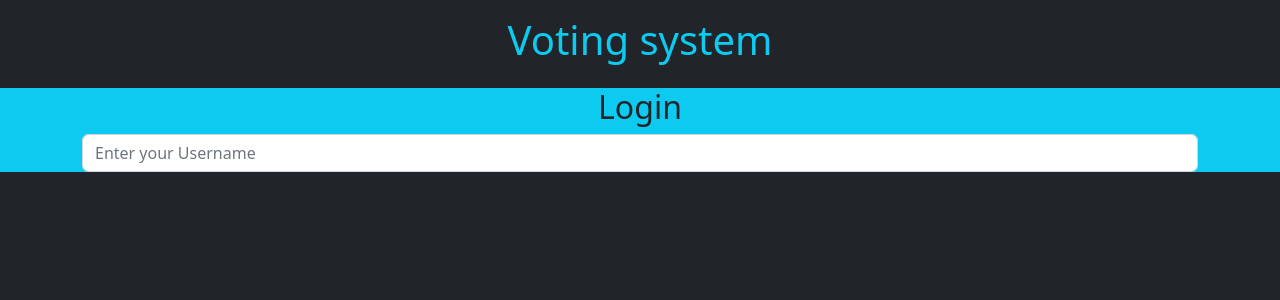
Repository: AvinashLikesToLearnNewStuff/VotingSite
Page: http://localhost/
An editor plug-in stored every save of this project. The page is shown before and after the next save, followed by the edit.
The browser window is 1280 px wide. The pictures show the whole page.
The page is run by PHP 8.4 with error messages shown; the project is at /var/www/html/.

Above is the page before, as saved 2023-03-09 09:51:04.

After the next save:
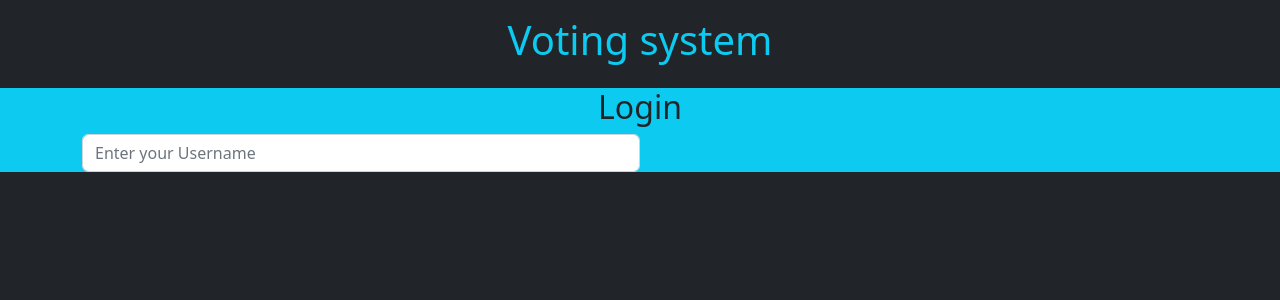
Saved 16 s later.
--- a/index.php
+++ b/index.php
@@ -15,7 +15,7 @@
         <div class="container">
             <form action="">
                 <div class="mb3">
-                    <input type="text" name="username" class="form-control" placeholder="Enter your Username" required= "required">
+                    <input type="text" name="username" class="form-control w-50" placeholder="Enter your Username" required= "required">
                 </div>
             </form>
         </div>
